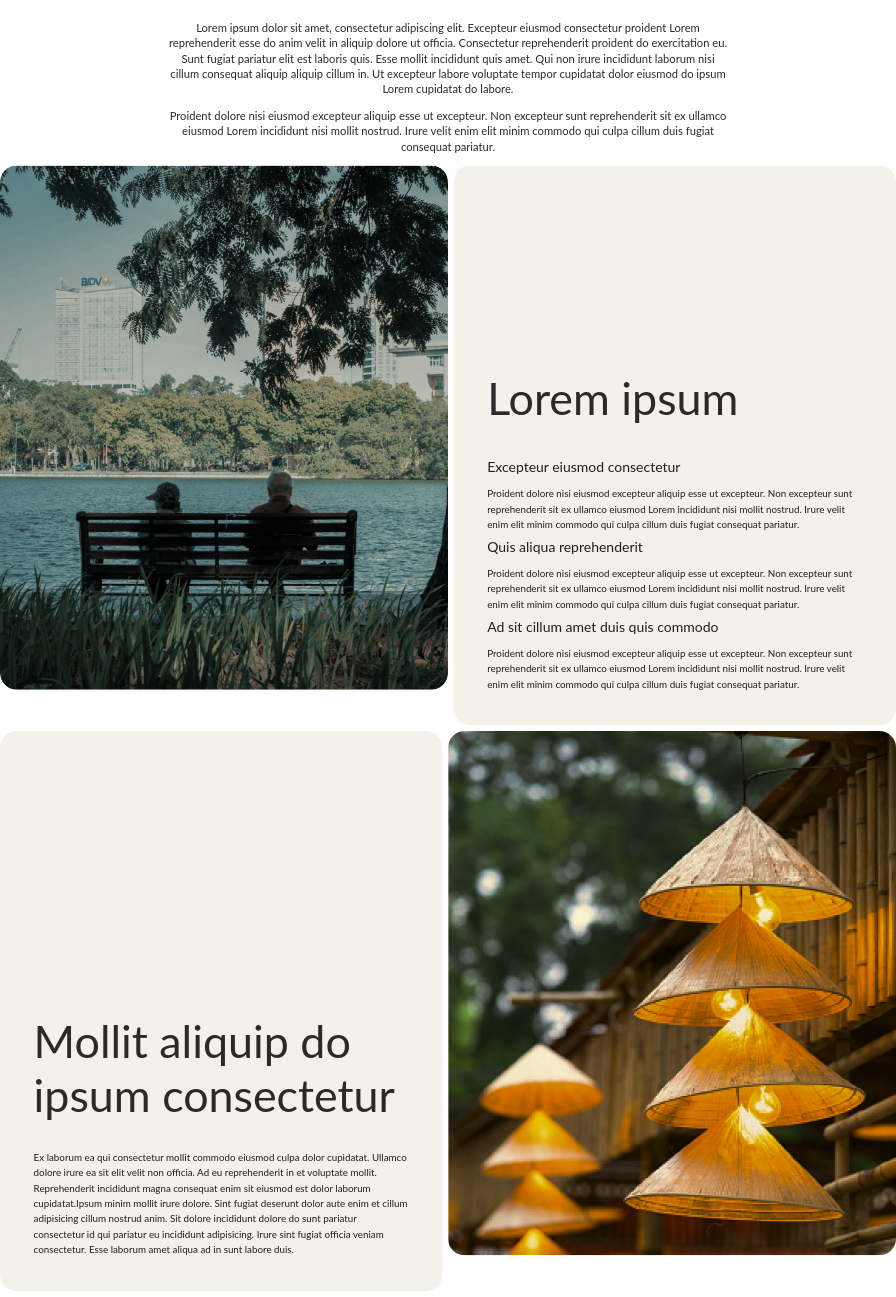
Repository: PhamNguyen2608/WGT-test
Page: index.html
An editor plug-in stored every save of this project. The page is shown before and after the next save, followed by the edit.
The browser window is 1280 px wide. The pictures show the part of the page from y = 735 to 2635 px (the page is 2588 px tall before and 2660 px after), at 70% of full size.
A picture or video elsewhere on the page could not be fetched, so the positions and the page height are approximate.

Above is the page before, as saved 2024-11-12 15:35:20.

After the next save:
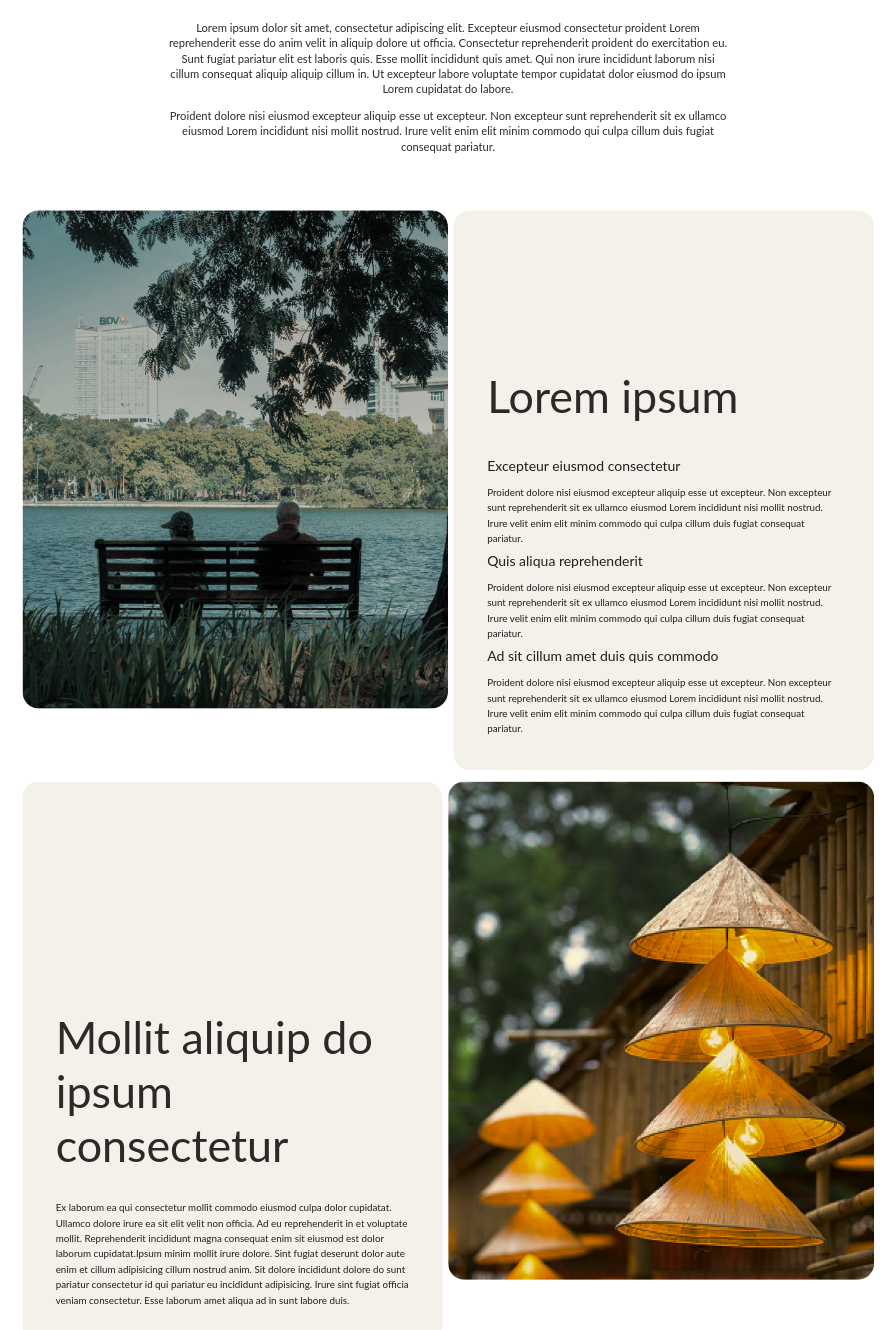
Saved 2 min 20 s later.
--- a/asset/css/style.css
+++ b/asset/css/style.css
@@ -8,6 +8,7 @@
 @import './components/header.css';
 @import './components/hero-section.css';
 @import './components/content-section.css';
+@import './layout.css';
 
 /* Responsive styles */
 @import './responsive/layout.css';
